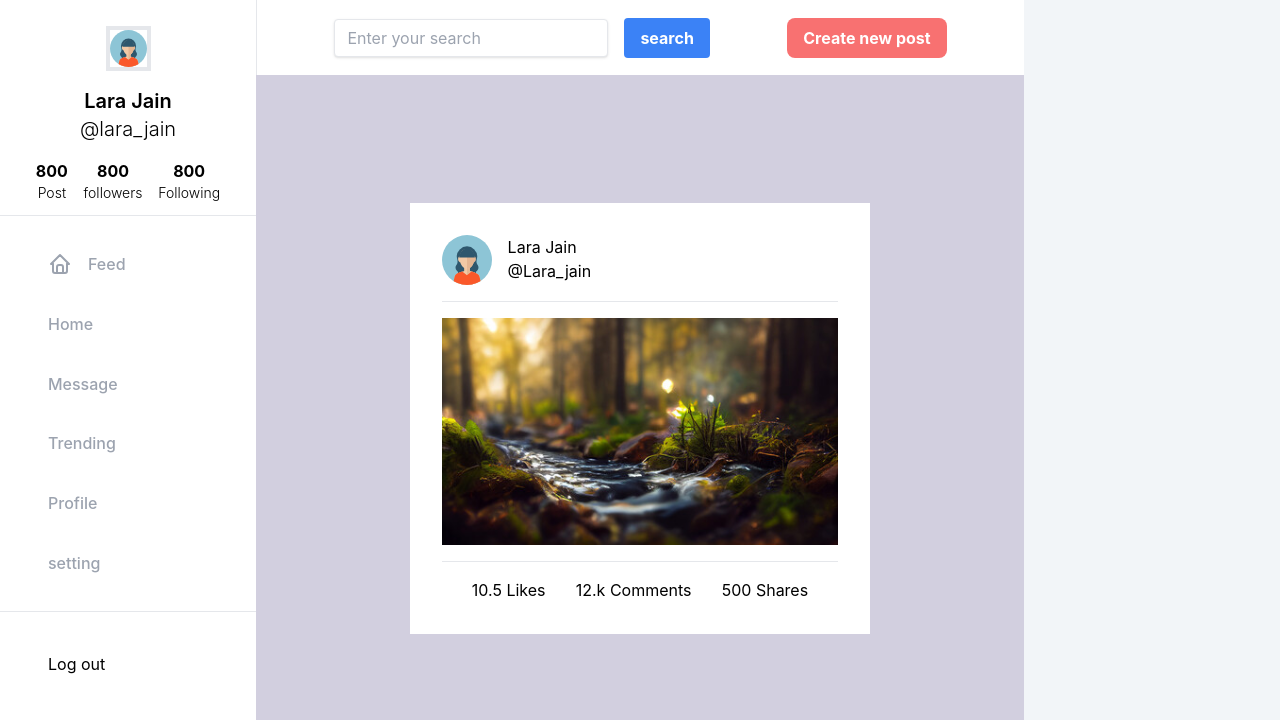
Repository: cosmicswati/upgrad-captions-project
Page: /
The author's editor kept a copy of each file at every save. The page is drawn from the files as they stood at one save, then again after the next save.
The browser window is 1280 px wide. The pictures show the whole page.
An inner scrolling area shows only its first screen. The project was rebuilt for these pictures with package versions that can differ from the ones it lists, and the page was loaded fresh each time. Also part of the build but not shown: src/modules/Authorization/Form.jsx, src/modules/Authorization/index.js.

Above is the page before, as saved 2024-04-10 13:31:20.

After the next save:
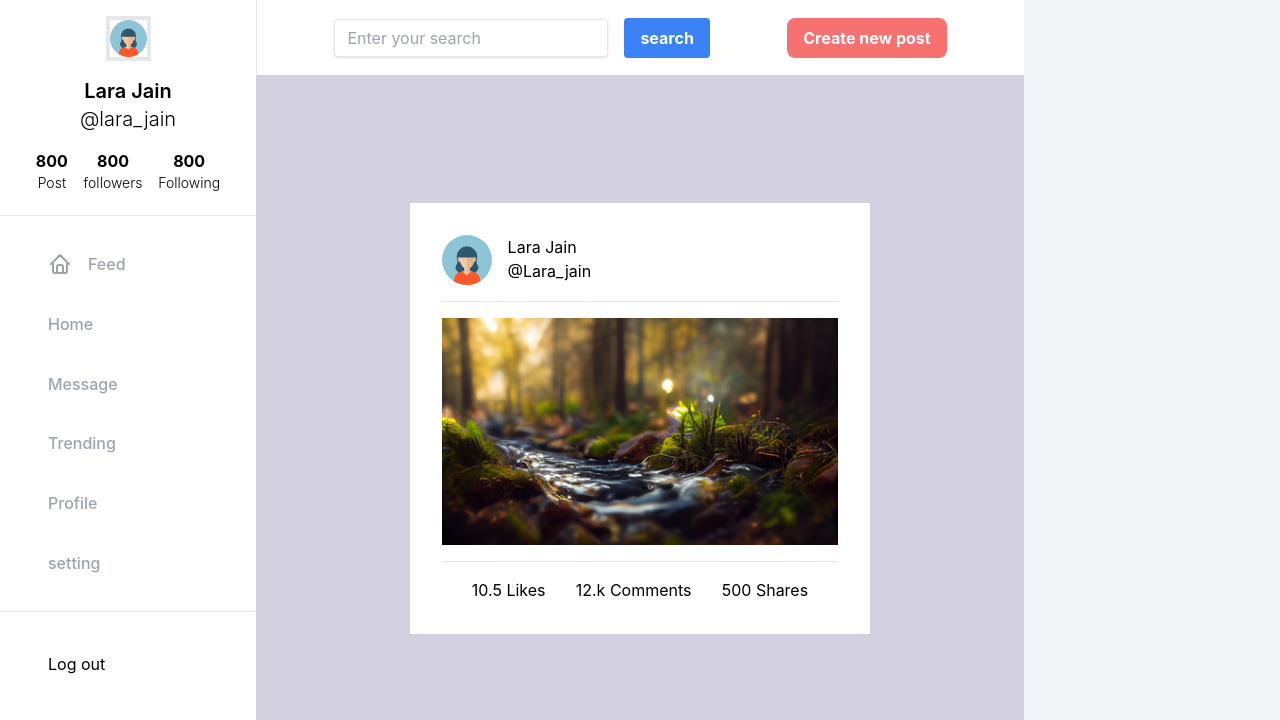
Saved 6 min 19 s later.
--- a/src/modules/Home/index.js
+++ b/src/modules/Home/index.js
@@ -19,8 +19,16 @@ const Home = () => {
                          <h3 className='text-xl font-semibold'>Lara Jain</h3>
                          <p className='text-xl font-light'>@lara_jain</p>
                     </div>
-                    <div className='h-[30px] flex justify-around w-[200px] text-center'>
-                        <div className='flex flex-col justify-around items-center'>
+                    <div className='h-[50px] flex justify-around w-[200px] text-center'>
+                        {
+                            stats.map(({id, name, stats}) => {
+                                <div>
+                                  <h4 className='font-bold'>800</h4>
+                                 <p className='font-light text-sm'>Post</p>
+                            </div>
+                            })
+                        }
+                        <div>
                             <h4 className='font-bold'>800</h4>
                             <p className='font-light text-sm'>Post</p>
                         </div>
